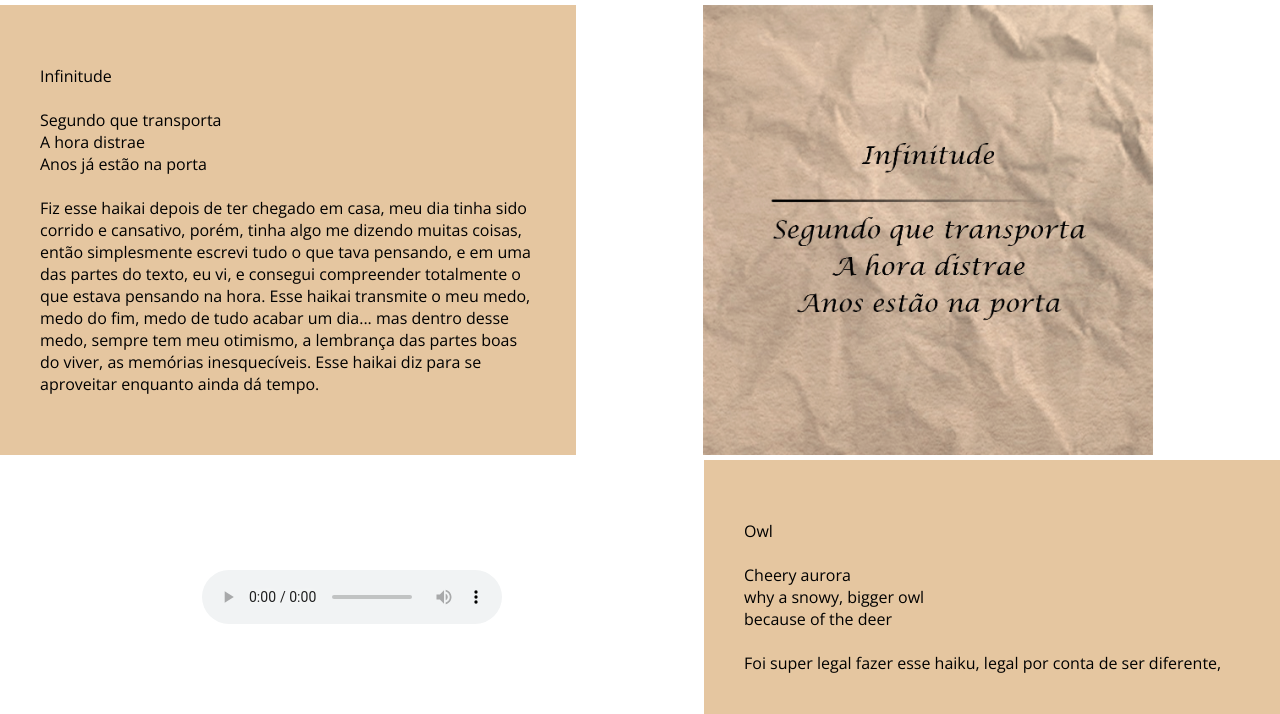
Repository: NewMatheusED/portfolio-linguagens
Page: index.html
The author's editor kept a copy of each file at every save. The page is drawn from the files as they stood at one save, then again after a run of saves.
The browser window is 1280 px wide. The pictures show the part of the page from y = 1212 to 1926 px (the page is 2234 px tall before and 2256 px after).
A picture or video elsewhere on the page could not be fetched, so the positions and the page height are approximate.

Above is the page before, as saved 2022-11-20 09:47:45.

After the next 3 saves:
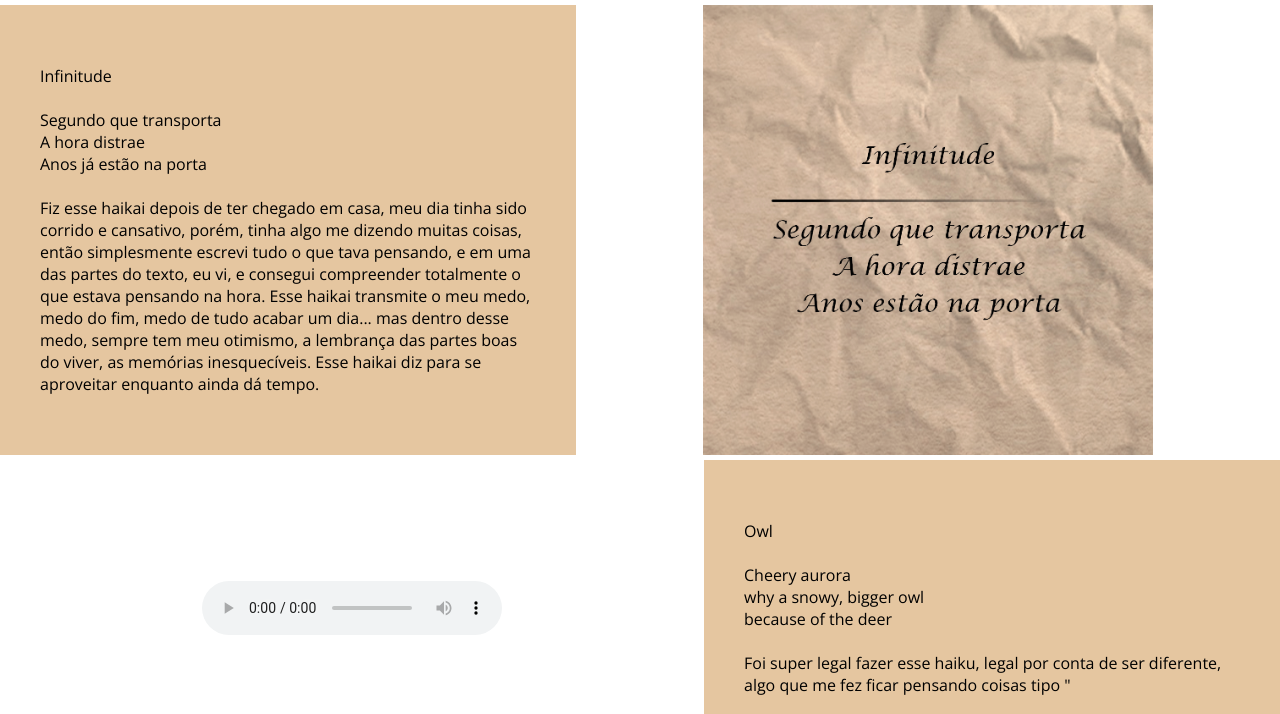
The 3 saves are shown as one change because they came seconds apart.
The last was saved 18 s later.
--- a/index.html
+++ b/index.html
@@ -83,7 +83,7 @@
                         Cheery aurora<br>
                         why a snowy, bigger owl<br>
                         because of the deer<br><br>
-                    Foi super legal fazer esse haiku, legal por conta de ser diferente, </p>
+                    Foi super legal fazer esse haiku, legal por conta de ser diferente, algo que me fez ficar pensando coisas tipo "</p>
                 </div><!--item-2-mosaico-->
             </div><!--flex-mosaico-->
         </div><!--container-->
